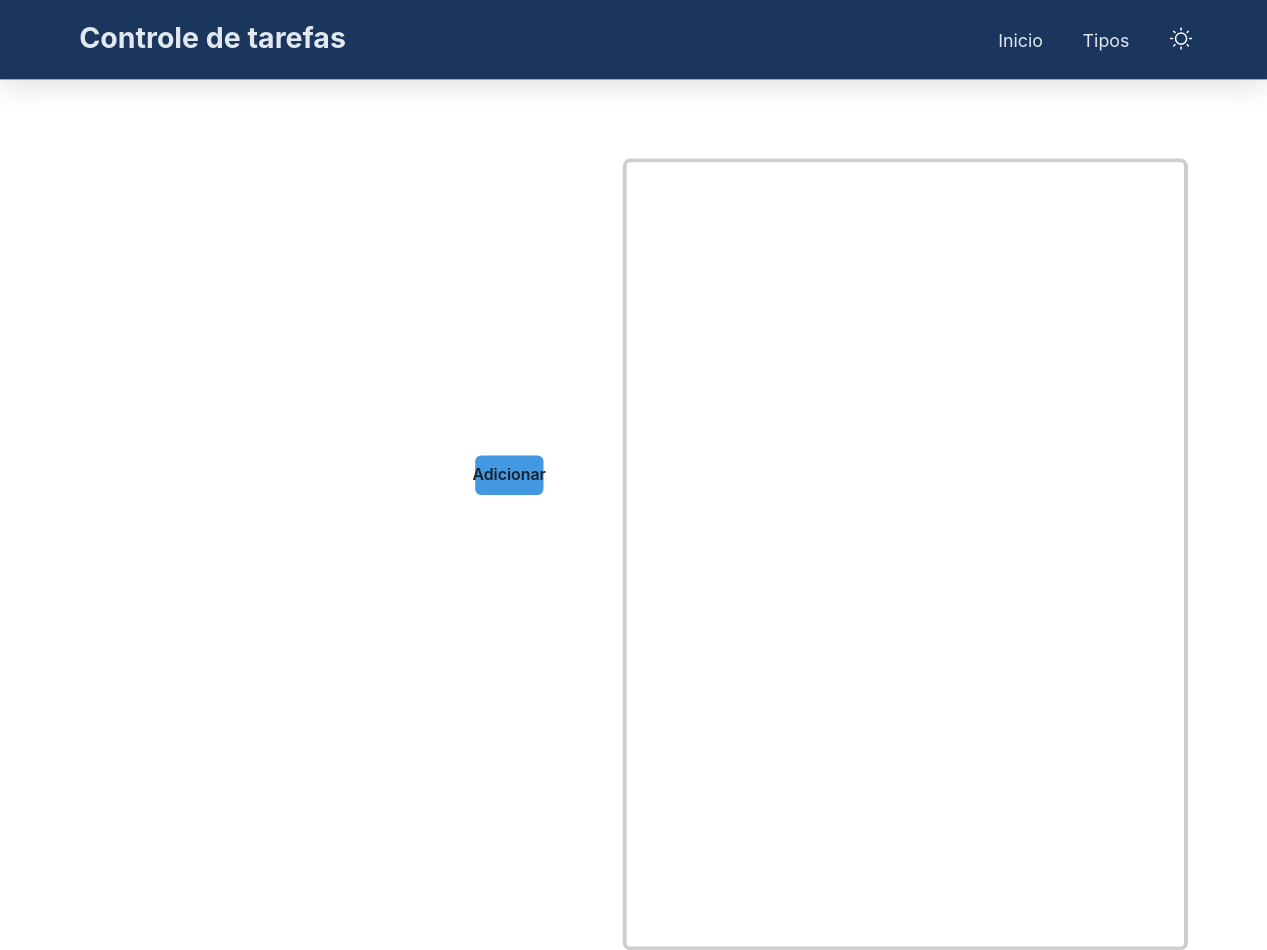
Repository: leosulzbach/Hackaton-Relampago
Page: /tipos (app in Front/)
The author's editor kept a copy of each file at every save. The page is drawn from the files as they stood at one save, then again after the next save.
The browser window is 1280 px wide. The pictures show the whole page, at 99% of full size.
The page's requests for data from a server got no answer. The project was rebuilt for these pictures with package versions that can differ from the ones it lists, and the page was loaded fresh each time. No one was signed in, and anything a server would have sent is missing. Also part of the build but not shown: Front/vite.config.ts, Front/src/Components/Cards/CadInfo.styles.ts, Front/src/Components/Cards/CardInfo.tsx, Front/src/Components/Cards/Cards.styles.ts, Front/src/Components/Cards/Card.tsx, Front/src/Pages/home.tsx.

Above is the page before, as saved 2022-11-07 17:05:10.

After the next save:
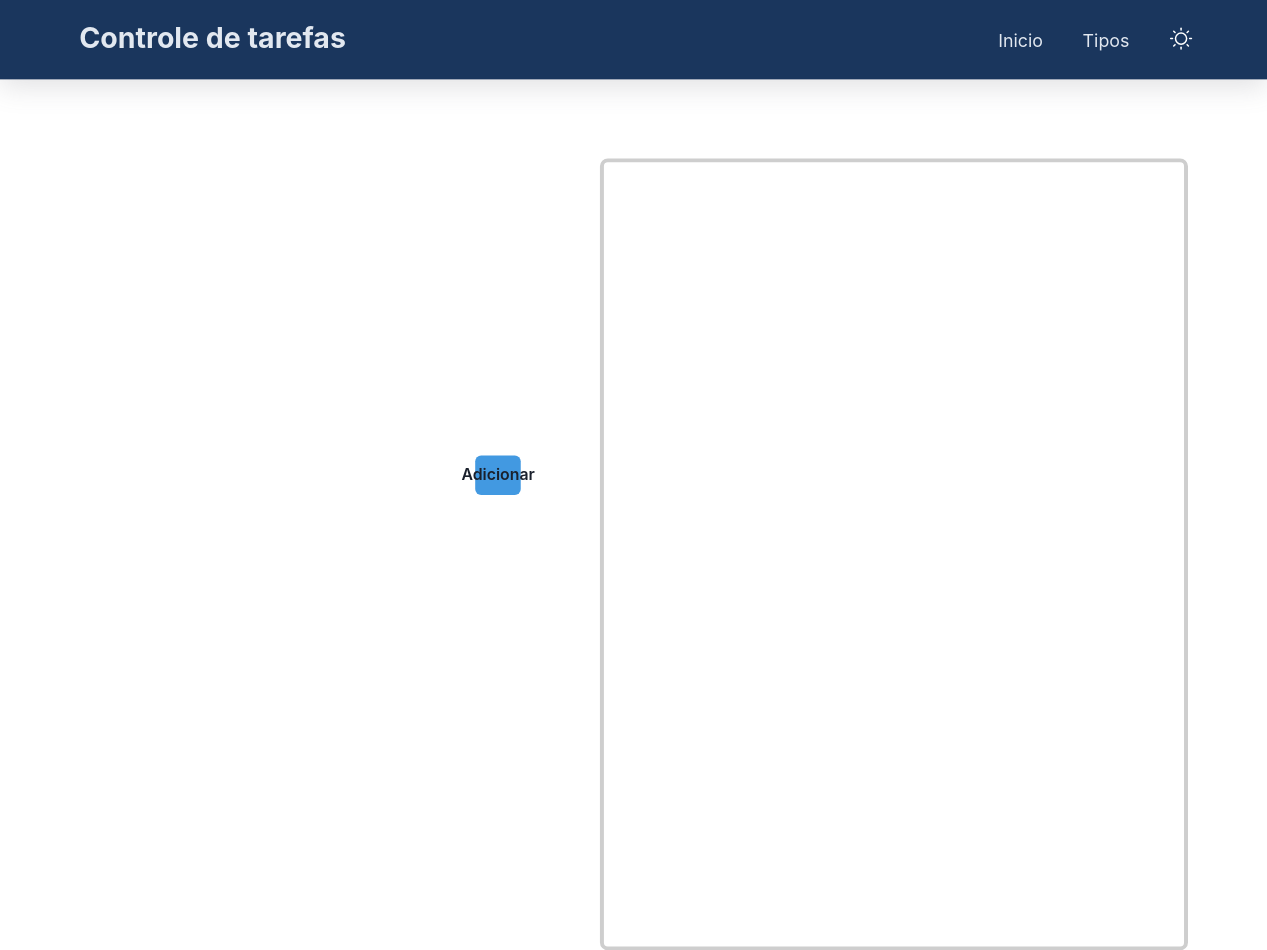
Saved 14 s later.
--- a/Front/src/Pages/tipos.tsx
+++ b/Front/src/Pages/tipos.tsx
@@ -39,6 +39,7 @@ export const Tipos = () => {
 
             >
             <Button
+            w={"60px"}
             bg={"blue.400"}
             ml={"30rem"}>Adicionar</Button>
                 <Box
